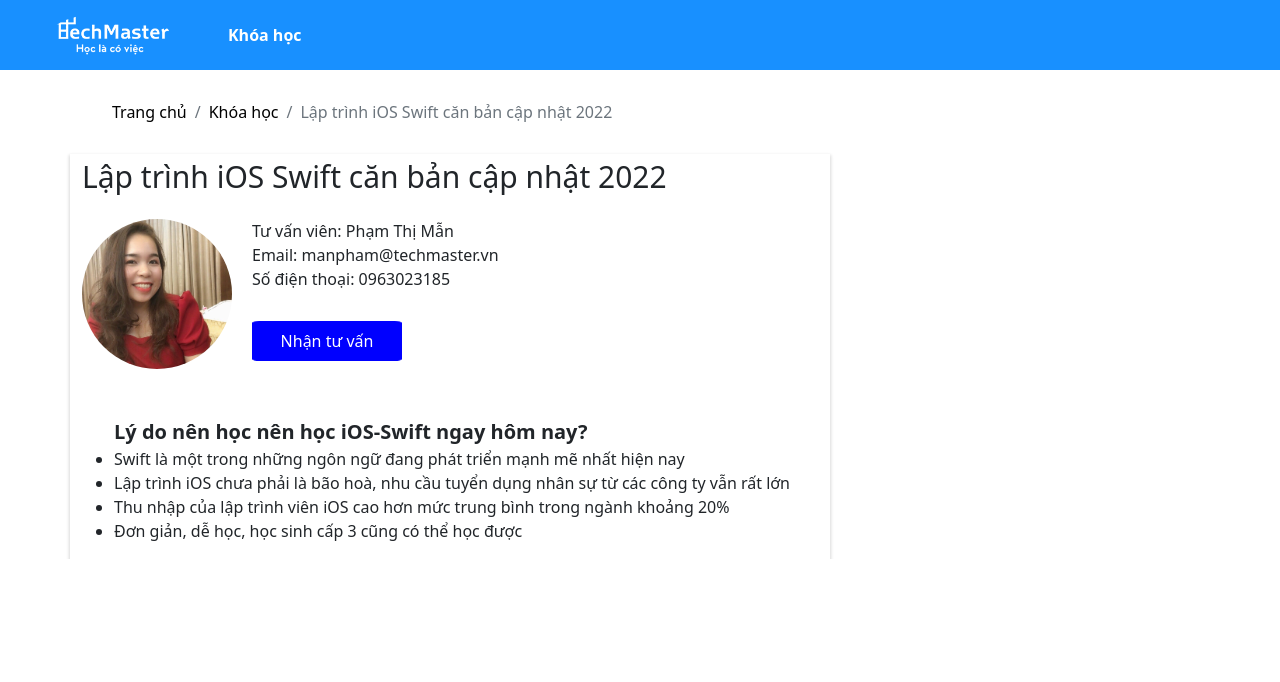
Repository: khanhnahk306/khanhnahk.github.io
Page: Clone_Techmaster/html/ios.html
An editor plug-in stored every save of this project. The page is shown before and after a run of saves, followed by the edit.
The browser window is 1280 px wide. The pictures show the whole page.

Above is the page before, as saved 2022-06-10 13:38:00.

### Clone_Techmaster/html/ios.html
<!DOCTYPE html>
<html lang="en">

<head>
    <meta charset="UTF-8">
    <meta http-equiv="X-UA-Compatible" content="IE=edge">
    <meta name="viewport" content="width=device-width, initial-scale=1.0">
    <title>TechMaster</title>
    <link href="https://cdn.jsdelivr.net/npm/bootstrap@5.0.2/dist/css/bootstrap.min.css" rel="stylesheet"
        integrity="sha384-EVSTQN3/azprG1Anm3QDgpJLIm9Nao0Yz1ztcQTwFspd3yD65VohhpuuCOmLASjC" crossorigin="anonymous">
    <link rel="stylesheet" href="../css/style.css">
    <nav class="navbar navbar-expand-md navbar-dark" style="background-color: #1890ff; height: 70px;">
        <div class="image">
            <a href="../html/index.html">
                <img src="../picture/Capture.PNG" style="margin-left: 50px; width: 120px; ">
            </a>
        </div>
        <button class="navbar-toggler" type="button" data-toggle="collapse" data-target="#collapsibleNavbar">
            <span class="navbar-toggler-icon"></span>
        </button>
        <div class="collapse navbar-collapse" id="collapsibleNavbar">
            <ul class="navbar-nav">
                <li class="nav-item">
                    <a class="nav-link" href="#" style="margin-left: 50px; font-weight: bolder; color: white;">Khóa
                        học</a>
                </li>
            </ul>
        </div>
    </nav>
    <style>
        button {
            width: 150px;
            height: 40px;
            margin-top: 30px;
            background-color: blue;
            color: #fff;
            border-radius: 5%;
            border: 1px solid blue;
        }

        img {
            border-radius: 50%;
            -moz-border-radius: 50%;
            -webkit-border-radius: 50%;
        }
    </style>
</head>

<body>
    <div class="container">
        <div class="row">
            <div class="col-12">
                <ul class="breadcrumb" style="margin: 30px;">
                    <li class="breadcrumb-item"><a href="../html/index.html">Trang chủ</a></li>
                    <li class="breadcrumb-item"><a href="#">Khóa học</a></li>
                    <li class="breadcrumb-item active" aria-current="page">Lập trình iOS Swift căn bản cập nhật 2022
                    </li>
                </ul>
            </div>
        </div>
        <div class="row">
            <div class="col-sm-12 col-md-8" style="box-shadow: 0 2px 3px 1px rgb(0 0 0 / 15%);">
                <div class="title" style="margin-bottom: 20px; font-size: 30px;">Lập trình iOS Swift căn bản cập nhật
                    2022</div>
                <div class="support" style="display: flex;">
                    <div class="support-left">
                        <img src="../picture/avatar2.png">
                    </div>
                    <div class="support-right" style="margin-left: 20px;">
                        <span>Tư vấn viên: Phạm Thị Mẫn</span><br>
                        <span>Email: manpham@techmaster.vn</span><br>
                        <span>Số điện thoại: 0963023185</span><br>
                        <button type="button">Nhận tư vấn</button>
                    </div>
                </div>
                <div class="content">
                    <br><br>
                    <ul>
                        <b style="font-size: 20px;">Lý do nên học nên học iOS-Swift ngay hôm nay?</b>
                        <li>Swift là một trong những ngôn ngữ đang phát triển mạnh mẽ nhất hiện nay</li>
                        <li>Lập trình iOS chưa phải là bão hoà, nhu cầu tuyển dụng nhân sự từ các công ty vẫn rất lớn
                        </li>
                        <li>Thu nhập của lập trình viên iOS cao hơn mức trung bình trong ngành khoảng 20%</li>
                        <li>Đơn giản, dễ học, học sinh cấp 3 cũng có thể học được</li>
                    </ul>
                </div>
            </div>
        </div>
    </div>
</body>

</html>

### Clone_Techmaster/css/style.css
html,
body {
    width: auto !important;
    overflow-x: hidden !important;
}

* {
    box-sizing: border-box;
}

a {
    text-decoration: none;
    color: black;
}

h1 {
    text-align: center;
    color: black;
}

h2 {
    margin-left: 10px;
    font-size: 20px;
}

p {
    margin-top: 50px;
}

.md-radio {
    font-size: 25px;
}

.search {
    margin-right: 523px;
    margin-left: 7px;
    margin-top: 15px;
    width: 270px;
    border-radius: 2%;
    border: 1px solid white;
}

.container {
    margin: auto;
    display: flex;
    flex-wrap: wrap;
}

.row {
    width: 1200px;
}

.picture {
    width: 270px;
    height: 270px;
    border-radius: 2% 2% 0 0;
    object-fit: cover;
}

.box {
    width: 270px;
    margin: 15px;
    background-color: white;
    border-radius: 2%;
    box-shadow: 0 2px 3px 1px rgb(0 0 0 / 15%);
}

.description {
    max-width: 100px;
    margin-left: 10px;
    margin-right: 10px;
}

.box:hover {
    transform: scale(1);
    transition: 1s;
    opacity: 1.0;
    filter: drop-shadow(5px 10px 5px gray);
}

After the next 2 saves:
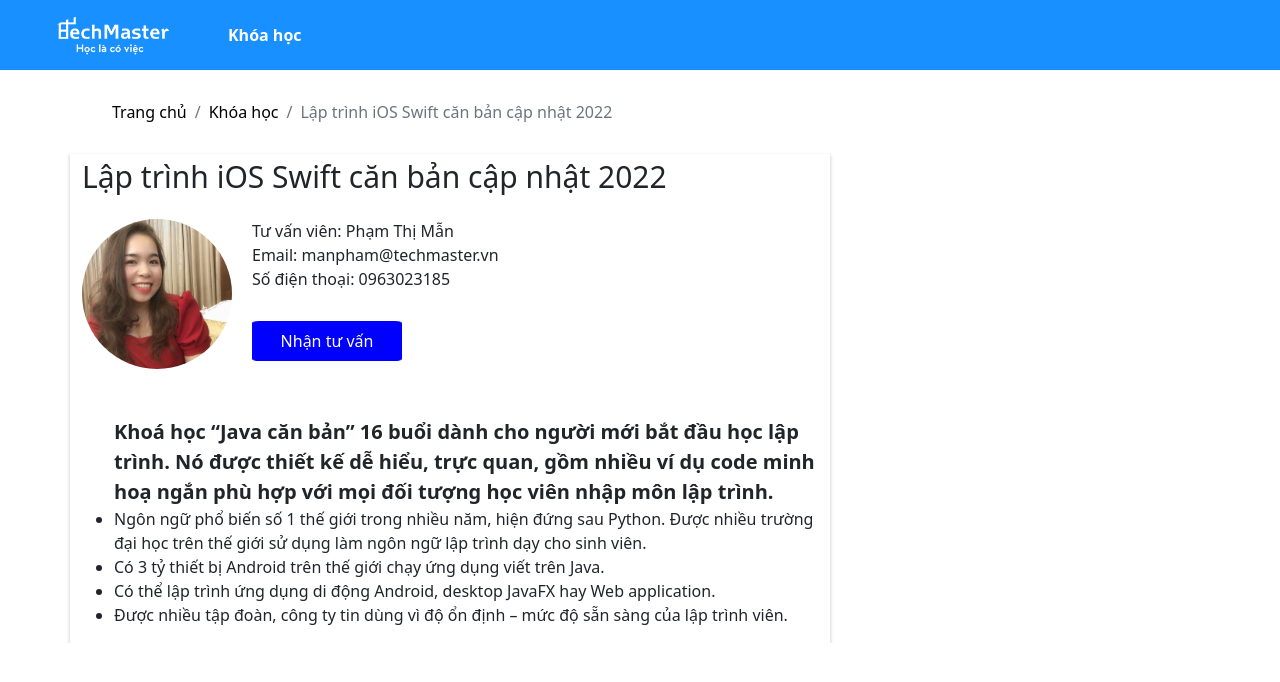
The 2 saves are shown as one change because they came seconds apart.
The last was saved 13 s later.
--- a/Clone_Techmaster/html/ios.html
+++ b/Clone_Techmaster/html/ios.html
@@ -76,12 +76,15 @@
                 <div class="content">
                     <br><br>
                     <ul>
-                        <b style="font-size: 20px;">Lý do nên học nên học iOS-Swift ngay hôm nay?</b>
-                        <li>Swift là một trong những ngôn ngữ đang phát triển mạnh mẽ nhất hiện nay</li>
-                        <li>Lập trình iOS chưa phải là bão hoà, nhu cầu tuyển dụng nhân sự từ các công ty vẫn rất lớn
+                        <b style="font-size: 20px;">Khoá học “Java căn bản” 16 buổi dành cho người mới bắt đầu học lập
+                            trình. Nó được thiết kế dễ hiểu, trực quan, gồm nhiều ví dụ code minh hoạ ngắn phù hợp với
+                            mọi đối tượng học viên nhập môn lập trình.</b>
+                        <li>Ngôn ngữ phổ biến số 1 thế giới trong nhiều năm, hiện đứng sau Python. Được nhiều trường đại
+                            học trên thế giới sử dụng làm ngôn ngữ lập trình dạy cho sinh viên.</li>
+                        <li>Có 3 tỷ thiết bị Android trên thế giới chạy ứng dụng viết trên Java.</li>
+                        <li>Có thể lập trình ứng dụng di động Android, desktop JavaFX hay Web application.</li>
+                        <li>Được nhiều tập đoàn, công ty tin dùng vì độ ổn định – mức độ sẵn sàng của lập trình viên.
                         </li>
-                        <li>Thu nhập của lập trình viên iOS cao hơn mức trung bình trong ngành khoảng 20%</li>
-                        <li>Đơn giản, dễ học, học sinh cấp 3 cũng có thể học được</li>
                     </ul>
                 </div>
             </div>

After the save that followed:
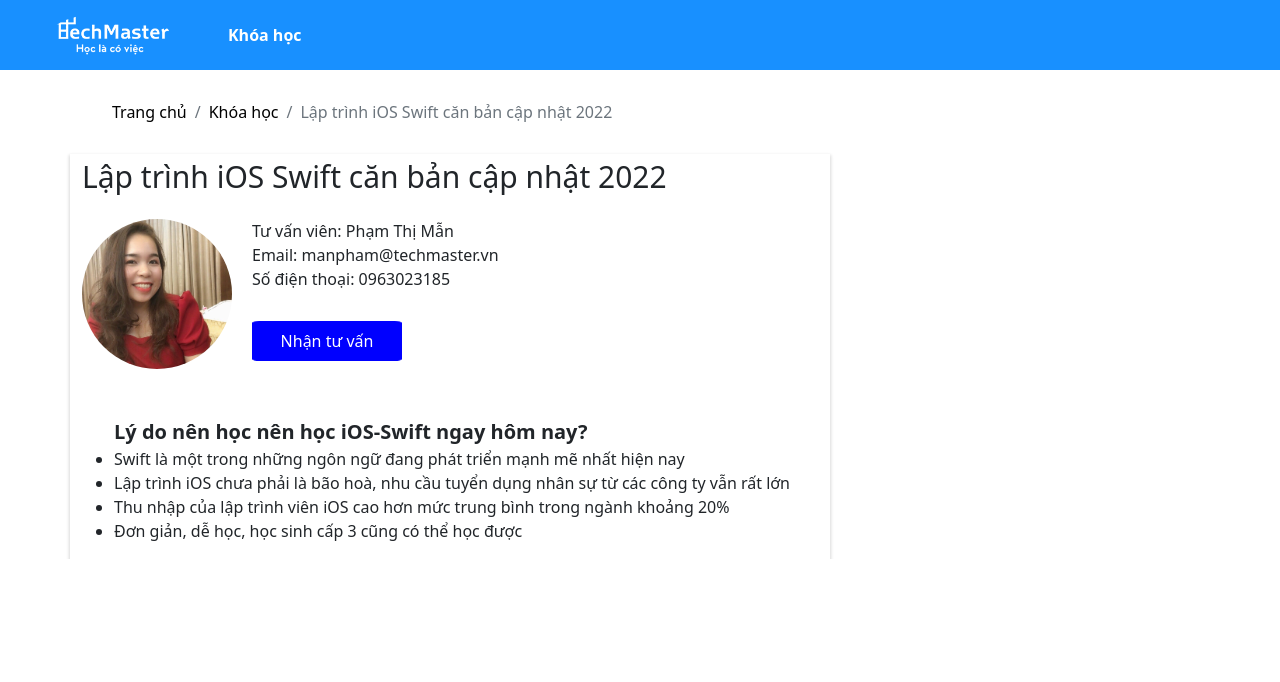
Saved 6 s later.
--- a/Clone_Techmaster/html/ios.html
+++ b/Clone_Techmaster/html/ios.html
@@ -76,15 +76,12 @@
                 <div class="content">
                     <br><br>
                     <ul>
-                        <b style="font-size: 20px;">Khoá học “Java căn bản” 16 buổi dành cho người mới bắt đầu học lập
-                            trình. Nó được thiết kế dễ hiểu, trực quan, gồm nhiều ví dụ code minh hoạ ngắn phù hợp với
-                            mọi đối tượng học viên nhập môn lập trình.</b>
-                        <li>Ngôn ngữ phổ biến số 1 thế giới trong nhiều năm, hiện đứng sau Python. Được nhiều trường đại
-                            học trên thế giới sử dụng làm ngôn ngữ lập trình dạy cho sinh viên.</li>
-                        <li>Có 3 tỷ thiết bị Android trên thế giới chạy ứng dụng viết trên Java.</li>
-                        <li>Có thể lập trình ứng dụng di động Android, desktop JavaFX hay Web application.</li>
-                        <li>Được nhiều tập đoàn, công ty tin dùng vì độ ổn định – mức độ sẵn sàng của lập trình viên.
+                        <b style="font-size: 20px;">Lý do nên học nên học iOS-Swift ngay hôm nay?</b>
+                        <li>Swift là một trong những ngôn ngữ đang phát triển mạnh mẽ nhất hiện nay</li>
+                        <li>Lập trình iOS chưa phải là bão hoà, nhu cầu tuyển dụng nhân sự từ các công ty vẫn rất lớn
                         </li>
+                        <li>Thu nhập của lập trình viên iOS cao hơn mức trung bình trong ngành khoảng 20%</li>
+                        <li>Đơn giản, dễ học, học sinh cấp 3 cũng có thể học được</li>
                     </ul>
                 </div>
             </div>
